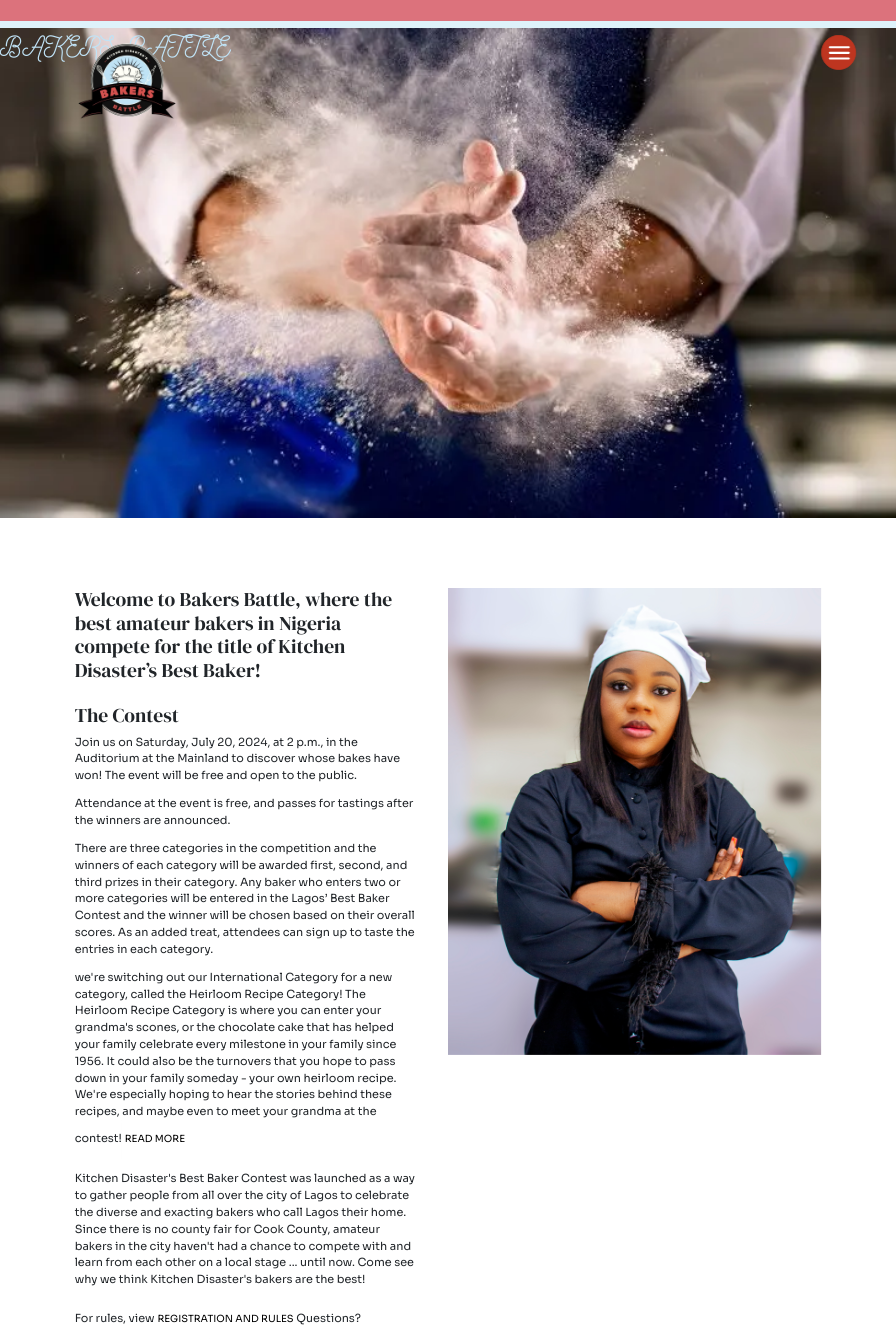
Repository: sarahnnanyelugo/bakers-battle
Page: /
An editor plug-in stored every save of this project. The page is shown before and after the next save, followed by the edit.
The browser window is 1280 px wide. The pictures show the part of the page from y = 0 to 1920 px (the page is 3792 px tall), at 70% of full size.
The project was rebuilt for these pictures with package versions that can differ from the ones it lists, and the page was loaded fresh each time. Also part of the build but not shown: src/components/ScreenSlide/slide.scss, src/components/ScreenSlide/ScreenSlide.js, src/components/Title.js, src/components/FAQAccord/faq-accord.scss, src/components/FAQAccord/FAQAccord.js, src/pages/FAQ/faq.scss, src/pages/FAQ/FAQ.js, src/pages/Registration/registration.scss and 9 more.

Above is the page before, as saved 2024-07-17 09:38:31.

### src/App.js
import logo from "./logo.svg";
import "./App.scss";
import "bootstrap/dist/css/bootstrap.min.css";
import { BrowserRouter, Routes, Route, Link, Outlet } from "react-router-dom";
import { Home } from "./pages/Home/Home";
import { Navbar } from "./components/Navbar/Navbar";
import { Footer } from "./components/Footer/Footer";
import { FAQ } from "./pages/FAQ/FAQ";
import { Registration } from "./pages/Registration/Registration";
import { Contact } from "./pages/ContactPage/Contact";
import { Sponsors } from "./pages/Sponsors/Sponsors";
import ScrollToTop from "./scrollToTop";
import About from "./pages/About/About";
function App() {
  return (
    <>
      <ScrollToTop />
      <Navbar />
      <Routes>
        <Route path="/" element={<Home />} />{" "}
        <Route path="/faq" element={<FAQ />} />{" "}
        <Route path="/registration" element={<Registration />} />{" "}
        <Route path="/contact" element={<Contact />} />{" "}
        <Route path="/sponsors" element={<Sponsors />} />{" "}
        <Route path="/about" element={<About />} />{" "}
      </Routes>
      <Footer />
    </>
  );
}

export default App;

### src/App.scss
.app-btn {
  color: #fff;
  background: #dc727c;
  padding: 5px 30px;
  border-radius: 10px;
  border: solid 4px #dc727c;
  font-size: 30px;
  &:hover {
    color: #dc727c;
    background: #fff;
    transition: 0.5s ease;
  }
}

.button-92 {
  --c: #fff;

  background: linear-gradient(90deg, #0000 33%, #fff5, #0000 67%)
      var(--_p, 100%) / 300% no-repeat,
    #dc727c;

  color: #0000;
  border: none;
  transform: perspective(500px) rotateY(calc(20deg * var(--_i, -1)));
  text-shadow: calc(var(--_i, -1) * 0.08em) -0.01em 0 var(--c),
    calc(var(--_i, -1) * -0.08em) 0.01em 2px #0004;
  outline-offset: 0.1em;
  transition: 0.3s;
}

.button-92:hover,
.button-92:focus-visible {
  --_p: 0%;
  --_i: 1;
}

.button-92:active {
  text-shadow: none;
  color: var(--c);
  box-shadow: inset 0 0 9e9Q #0005;
  transition: 0s;
}

.button-92 {
  font-weight: bold;
  font-size: 2rem;
  margin: 0;
  cursor: pointer;
  padding: 0.1em 0.3em;
}

.button-48 {
  appearance: none;
  background-color: #ffffff;
  border-width: 0;
  box-sizing: border-box;
  color: #000000;
  cursor: pointer;
  display: inline-block;
  font-size: 14px;
  font-weight: 500;
  letter-spacing: 0;
  line-height: 1em;
  margin: 0;
  opacity: 1;
  outline: 0;
  padding: 1.5em 4px;
  position: relative;
  text-align: center;
  text-decoration: none;
  text-rendering: geometricprecision;
  text-transform: uppercase;
  transition: opacity 300ms cubic-bezier(0.694, 0, 0.335, 1),
    background-color 100ms cubic-bezier(0.694, 0, 0.335, 1),
    color 100ms cubic-bezier(0.694, 0, 0.335, 1);
  user-select: none;
  -webkit-user-select: none;
  touch-action: manipulation;
  vertical-align: baseline;
  white-space: nowrap;
}

.button-48:before {
  animation: opacityFallbackOut 0.5s step-end forwards;
  backface-visibility: hidden;
  background-color: #ebebeb;
  clip-path: polygon(-1% 0, 0 0, -25% 100%, -1% 100%);
  content: "";
  height: 100%;
  left: 0;
  position: absolute;
  top: 0;
  transform: translateZ(0);
  transition: clip-path 0.5s cubic-bezier(0.165, 0.84, 0.44, 1),
    -webkit-clip-path 0.5s cubic-bezier(0.165, 0.84, 0.44, 1);
  width: 100%;
}

.button-48:hover:before {
  animation: opacityFallbackIn 0s step-start forwards;
  clip-path: polygon(0 0, 101% 0, 101% 101%, 0 101%);
}

.button-48:after {
  background-color: #ffffff;
}

.button-48 span {
  z-index: 1;
  position: relative;
}
@font-face {
  font-family: SoraM;
  src: url(./assets/fonts/sora/Sora-Medium.ttf);
}
@font-face {
  font-family: nick;
  src: url(./assets/fonts/nick/Nickainley-Normal.ttf);
}
@font-face {
  font-family: SoraB;
  src: url(./assets/fonts/sora/Sora-Bold.ttf);
}
@font-face {
  font-family: SoraEB;
  src: url(./assets/fonts/sora/Sora-ExtraBold.ttf);
}
@font-face {
  font-family: SoraR;
  src: url(./assets/fonts/sora/Sora-Regular.ttf);
}
@font-face {
  font-family: SoraSB;
  src: url(./assets/fonts/sora/Sora-SemiBold.ttf);
}
@font-face {
  font-family: SoraL;
  src: url(./assets/fonts/sora/Sora-Light.ttf);
}
@font-face {
  font-family: SerifR;
  src: url(./assets/fonts/serif/DMSerifDisplay-Regular.ttf);
}
@font-face {
  font-family: SerifI;
  src: url(./assets/fonts/serif/DMSerifDisplay-Italic.ttf);
}
h1,
h2,
h3,
h4,
h5,
h6 {
  font-family: SerifR;
}

p,
li,
a,
small {
  font-family: SoraR;
}
button {
  font-family: SoraSB;
}
.mobile-padding {
  @media screen and (max-width: 820px) {
    padding-right: 7px;
    padding-left: 7px;
  }
}

### src/components/Navbar/Navbar.js
import React, { useEffect, useState } from "react";
import "./navbar.scss";
import Logo from "../../assets/images/logo2.png";
import Flier from "../../assets/images/flier2.jpeg";
import { Link } from "react-router-dom";
import { Title } from "../Title";
export const Navbar = () => {
  const [isMenuOpen, setIsMenuOpen] = useState(false);
  const toggleMenu = () => {
    setIsMenuOpen(!isMenuOpen);
  };

  // Step 2: Create a function to handle checkbox changes
  const handleCheckboxChange = (event) => {
    setIsMenuOpen(event.target.checked);
  };

  // Step 3: Use useEffect to track checkbox status changes
  useEffect(() => {
    // Code to run when isMenuOpen changes
    console.log(`Checkbox is now ${isMenuOpen ? "checked" : "unchecked"}`);
  }, [isMenuOpen]); // Dependency array contains isMenuOpen

  // Function to close menu
  const closeMenu = () => {
    setIsMenuOpen(false);
  };
  return (
    <>
      <div style={{ height: "30px", background: "#DC727C" }} />
      <div style={{ height: "10px", background: "#DEF2FA" }} />

      <main>
        <div
          className="col-md-2 offset-md-1"
          style={{ position: "relative", zIndex: 220 }}
        >
          {" "}
          <Link to={"/"}>
            <img className="img2" src={Logo} alt="Scholar" width="70%" />
          </Link>
        </div>
        <center>
          <h1 style={{ color: " black", fontSize: "90px" }}></h1>
        </center>

        <input
          type="checkbox"
          id="myInput"
          checked={isMenuOpen}
          onChange={handleCheckboxChange}
        />
        <label for="myInput" className="offset-md-11 tog">
          <span class="bar top"></span>
          <span class="bar middle"></span>
          <span class="bar bottom"></span>
        </label>

        <aside>
          <div class="aside-section aside-left col-md-4">
            <div class="aside-content">
              <img
                className="img col-md-12 offset-md-"
                src={Flier}
                alt="Scholar"
                width="100%"
              />
            </div>
          </div>
          <div class="aside-section aside-right col-md-8 ">
            <div className="col-md-4 offset-md-4">
              {" "}
              <ul class="aside-list ">
                <li>
                  <Link to={"/"} class="aside-anchor" onClick={closeMenu}>
                    HOME
                  </Link>
                </li>
                <li>
                  <Link to={"/about"} class="aside-anchor" onClick={closeMenu}>
                    ABOUT
                  </Link>
                </li>
                <li>
                  <Link to={"/faq"} class="aside-anchor" onClick={closeMenu}>
                    FAQs
                  </Link>
                </li>
                <li onClick={closeMenu}>
                  <Link to={"/sponsors"} class="aside-anchor">
                    SPONSORS
                  </Link>
                </li>{" "}
                <li onClick={closeMenu}>
                  <Link to={"/contact"} class="aside-anchor">
                    CONTACT
                  </Link>
                </li>
                <li onClick={closeMenu}>
                  <Link to={"/registration"} class="aside-anchor">
                    REGISTER
                  </Link>
                </li>
              </ul>
            </div>
          </div>
        </aside>
      </main>
    </>
  );
};

### src/components/Footer/Footer.js
import React from "react";
import "./footer.scss";
import Logo from "../../assets/images/logo2.png";
import { Link } from "react-router-dom";
import { FaFacebook } from "react-icons/fa";
import { AiFillInstagram } from "react-icons/ai";
import { IoLogoYoutube } from "react-icons/io";
import { IoLogoWhatsapp } from "react-icons/io";
import { AiFillTwitterCircle } from "react-icons/ai";

export const Footer = () => {
  return (
    <footer>
      <center>
        <div className="col-md-3">
          <img className="img2" src={Logo} alt="Scholar" width="75%" />
        </div>
      </center>{" "}
      <div className="d-md-flex col-md-10 offset-md-1 mobile-padding">
        <div className="col-md-5">
          <h4>About Us</h4>
          <p>
            Kitchen Disaster's Best Baker Contest was launched as a way to
            gather people from all over the city of Lagos to celebrate the
            diverse and exacting bakers who call Lagos their home. This is an
            ample oppotunity for bakers in the city to compete with and learn
            from each other on a local stage ... until now. Come see why we
            think Kitchen Disaster's bakers are the best!
          </p>
        </div>
        <div className="col-md-2 offset-md-4">
          <h4>Quick Links</h4>
          <ul>
            <li>
              <Link to={"/"}>FAQs</Link>
            </li>{" "}
            <li>
              <Link to={"/"}>Contact us</Link>
            </li>{" "}
            <li>
              <Link to={"/"}>Register</Link>
            </li>{" "}
          </ul>
        </div>
      </div>
      <center>
        <h4>Follow us on:</h4>
        <ul className="list-inline media-links">
          <li className="list-inline-item">
            <Link to={"/"}>
              <FaFacebook style={{ fontSize: "50px" }} />
            </Link>
          </li>{" "}
          <li className="list-inline-item">
            <Link to={"/"}>
              <AiFillInstagram style={{ fontSize: "50px" }} />
            </Link>
          </li>{" "}
          <li className="list-inline-item">
            <Link to={"/"}>
              <AiFillTwitterCircle style={{ fontSize: "50px" }} />
            </Link>
          </li>{" "}
          <li className="list-inline-item">
            <Link to={"/"}>
              <IoLogoYoutube style={{ fontSize: "50px" }} />
            </Link>
          </li>{" "}
          <li className="list-inline-item">
            <Link to={"/"}>
              <IoLogoWhatsapp style={{ fontSize: "50px" }} />
            </Link>
          </li>
        </ul>
      </center>
    </footer>
  );
};

### src/pages/Home/home.scss
.home-div {
  height: 700px;
  //   background: url("../../assets/images/landing.webp");
  background: url("../../assets/images/baker.webp");
  margin-top: -800px;
  background-size: cover;
  background-repeat: no-repeat;
  background-position: center;
  h1 {
    font-family: nick;
    color: #c0e3f6;
  }
}
.about-div {
  margin-top: 100px;
}

.sponsors-div {
  margin-top: 80px;
  padding-top: 30px;
  padding-bottom: 30px;
  background: rgb(255, 255, 255);
  background: linear-gradient(
    180deg,
    rgba(255, 255, 255, 1) 5%,
    rgba(221, 221, 221, 1) 31%
  );
  .sponsors {
    padding-top: 10px;
    margin-top: 45px;
    height: 180px;
    background: #fff;
    background: linear-gradient(90deg, #0000 33%, #fff5, #0000 67%)
        var(--_p, 100%) / 300% no-repeat,
      #fff;
    transform: perspective(500px) rotateY(calc(20deg * var(--_i, -1)));
    text-shadow: calc(var(--_i, -1) * 0.08em) -0.01em 0 var(--c),
      calc(var(--_i, -1) * -0.08em) 0.01em 2px #0004;
    outline-offset: 0.1em;
    transition: all 0.5s;
    &:hover {
      --_p: 0%;
      --_i: 1;
    }
  }
}

### src/components/Navbar/navbar.scss
main {
  height: 800px;
  position: relative;
  overflow: hidden;
}

.aside-section {
  top: 0;
  bottom: 0;
  position: absolute;
}

.aside-left {
  display: none;
  width: 40%;
  left: 0;
  background: #dc727c;

  -webkit-transform: translateY(-100%);
  -moz-transform: translateY(-100%);
  -ms-transform: translateY(-100%);
  -o-transform: translateY(-100%);
  transform: translateY(-100%);
  transition: transform 0.9s ease-in-out;
}

.aside-right {
  width: 100%;
  right: 0;
  background-color: #def2fa;
  -webkit-transform: translateX(100%);
  -moz-transform: translateX(100%);
  -ms-transform: translateX(100%);
  -o-transform: translateX(100%);
  transform: translateX(100%);
  transition: transform 0.9s ease-in-out;
}

.aside-list {
  list-style: none;
  padding: 0;
  margin: 0;
  margin-top: 150px;
  text-align: left;
  padding-left: 50px;
}

.aside-content {
  //   margin-top: 150px;
  padding: 0 40px;
  position: relative;
  color: white;
  text-align: center;
}

.aside-list li {
  margin-bottom: 20px;
}

.aside-anchor::after {
  content: "";
  position: absolute;
  bottom: 0;
  background-color: #ff5964;
  left: 0;
  right: 0;
  height: 6px;
  border-radius: 6px;
}

.aside-anchor::before {
  border-radius: 3px;
  content: "";
  position: absolute;
  bottom: 0;
  background-color: rgb(9, 1, 1);
  left: 0;
  height: 6px;
  z-index: 1;
  width: 50%;
  -webkit-transition: transform 0.2s ease-in-out;
  -o-transition: transform 0.2s ease-in-out;
  transition: transform 0.2s ease-in-out;
}

.aside-anchor:hover:before {
  -webkit-transform: translateX(100%);
  -moz-transform: translateX(100%);
  -ms-transform: translateX(100%);
  -o-transform: translateX(100%);
  transform: translateX(100%);
}

.aside-anchor {
  padding-bottom: 7px;
  color: rgb(14, 14, 14);
  text-decoration: none;
  font-size: 30px;
  position: relative;
  font-weight: 500;
}

input[type="checkbox"] {
  display: none;
}

input[type="checkbox"]:checked ~ aside .aside-left {
  transform: translateY(0%);
}

input[type="checkbox"]:checked ~ aside .aside-right {
  transform: translateX(0%);
}

input[type="checkbox"]:checked ~ label .bar {
  background-color: #fff;
}

input[type="checkbox"]:checked ~ label .top {
  -webkit-transform: translateY(0px) rotateZ(45deg);
  -moz-transform: translateY(0px) rotateZ(45deg);
  -ms-transform: translateY(0px) rotateZ(45deg);
  -o-transform: translateY(0px) rotateZ(45deg);
  transform: translateY(0px) rotateZ(45deg);
}

input[type="checkbox"]:checked ~ label .bottom {
  -webkit-transform: translateY(-15px) rotateZ(-45deg);
  -moz-transform: translateY(-15px) rotateZ(-45deg);
  -ms-transform: translateY(-15px) rotateZ(-45deg);
  -o-transform: translateY(-15px) rotateZ(-45deg);
  transform: translateY(-15px) rotateZ(-45deg);
}

input[type="checkbox"]:checked ~ label .middle {
  width: 0;
}

.middle {
  margin: 0 auto;
}

label {
  top: 40px;
  display: inline-block;
  padding: 10px 10px;
  background-color: transparent;
  cursor: pointer;
  margin: 10px;
  z-index: 3;
  position: fixed;
}

.bar {
  display: block;
  background-color: #fff;
  width: 30px;
  height: 3px;
  border-radius: 5px;
  margin: 5px auto;
  transition: background-color 0.4s ease-in, transform 0.4s ease-in,
    width 0.4s ease-in;
}

@media (min-width: 992px) {
  h1 {
    font-size: 40px;
  }
  .aside-left {
    display: block;
  }

  .aside-right {
    width: 60%;
  }
}
.tog {
  height: 50px;
  width: 50px;
  border: solid 1px #be3520;
  background: #be3520;
  border-radius: 50%;
  // position: fixed;
  // z-index: 230;
}
.img2 {
}

### src/components/Footer/footer.scss
footer {
  background: #def2fa;
  //   padding-top: 30px;
  padding-bottom: 20px;
  margin-top: 190px;
  img {
    margin-top: -130px;
  }
  a {
    color: #000;
    text-decoration: none;
    font-size: 18px;
    &:hover {
      color: #dc727c;
    }
  }
}
.media-links {
  li {
    font-size: 50px !important;
  }
}

Loaded but not shown: public/index.html (common file); src/index.js (common file); src/index.css (common file); src/reportWebVitals.js (common file); src/scrollToTop.js (common file); src/pages/Home/Home.js (302 lines, source omitted)

After the next save:
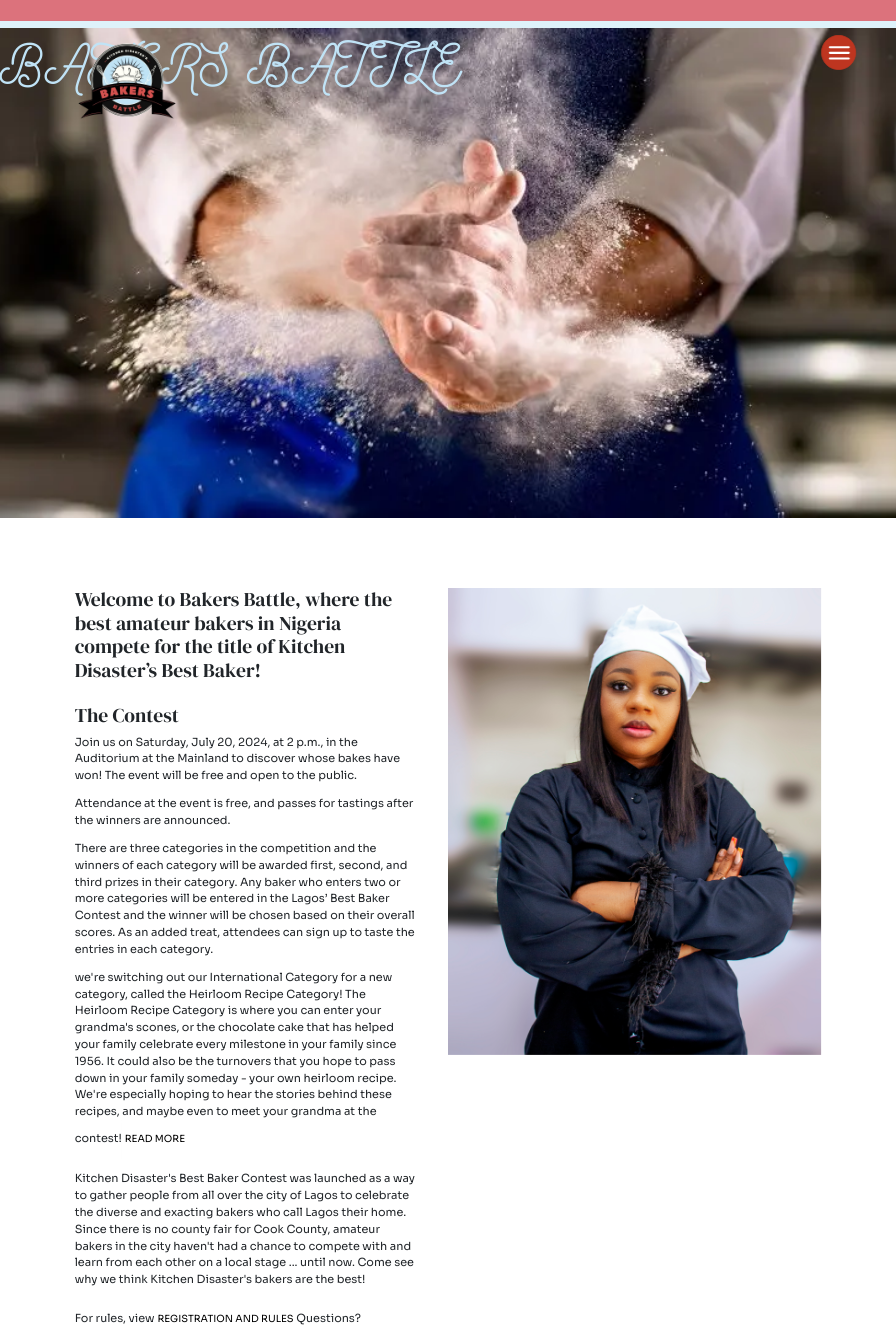
Saved 11 s later.
--- a/src/pages/Home/home.scss
+++ b/src/pages/Home/home.scss
@@ -9,6 +9,7 @@
   h1 {
     font-family: nick;
     color: #c0e3f6;
+    font-size: 80px;
   }
 }
 .about-div {
